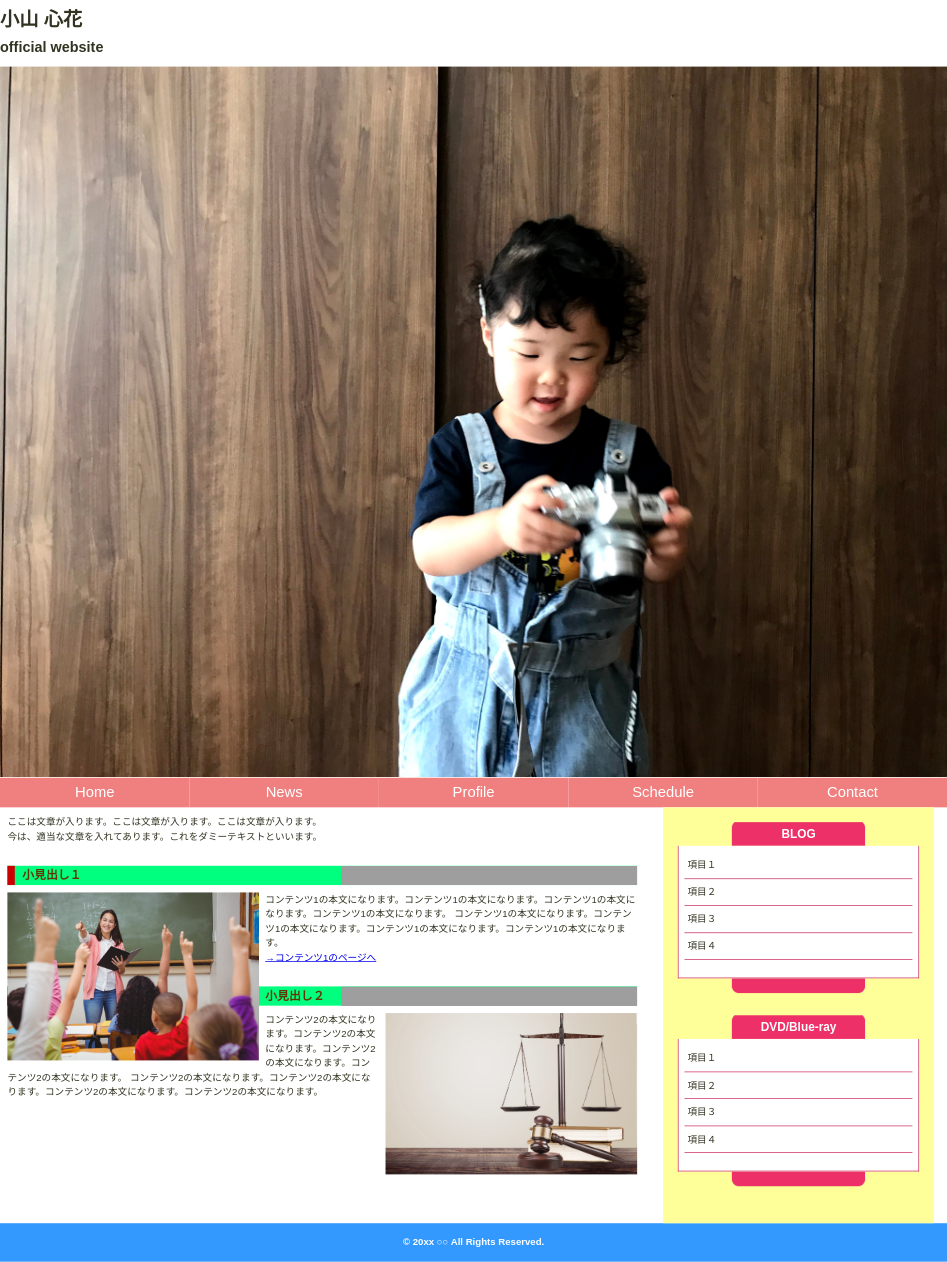
Repository: yutakakoyama/samurai_HTML-CSS
Page: home.html
The author's editor kept a record of every edit. The page is drawn from the files as they stood at one moment, then again after the next edit.
The browser window is 1280 px wide. The pictures show the whole page, at 74% of full size.
Pictures or frames that could not be fetched are drawn as grey boxes.

Above is the page before.

After the next edit:
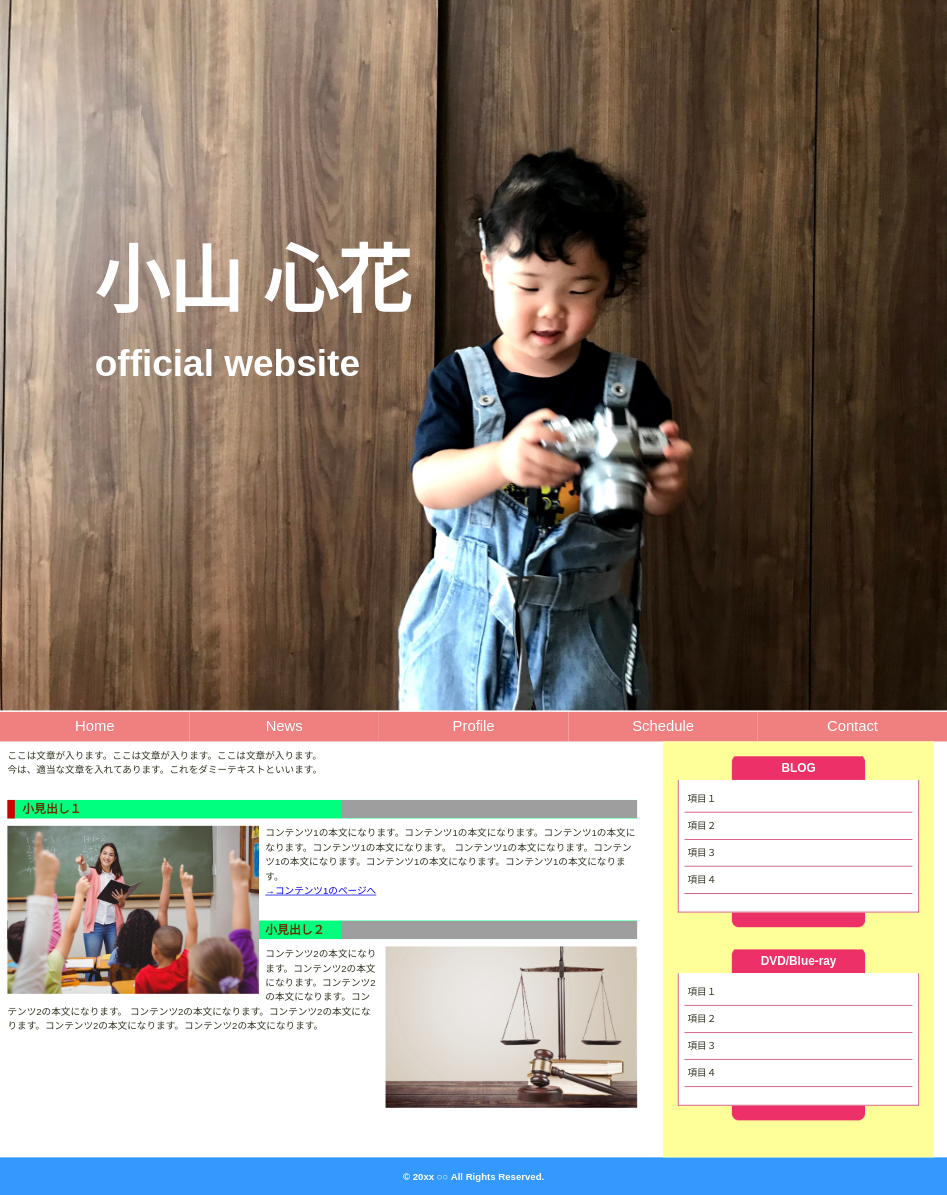
The edit:
--- a/home.html
+++ b/home.html
@@ -7,11 +7,12 @@
     </head>
     <body>
         <div class="text-image">
-            <h1>小山 心花</h1>
-            <h2>official website</h2>
+
         </div>
             <div id="header">
                 <h1><a href="index.html"><img id="corridor" src="images/kohana.camera.jpg" alt="大学の廊下" /></a></h1>
+                <h2>小山 心花</h2>
+            <h3>official website</h3>
             </div>
         <div id="wrapper">
             <div id="nav">
